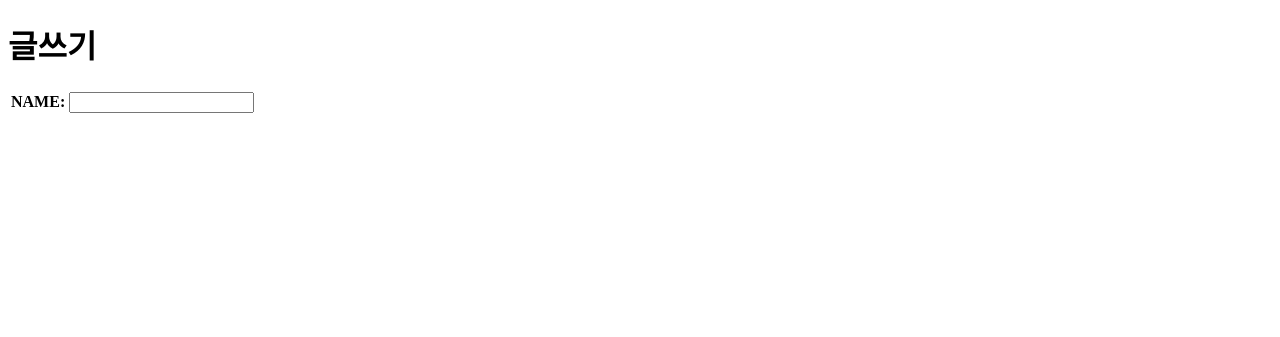
Repository: leedh909/Academy-web-
Page: http://localhost/Jsp01_MyBoard/myinsert.jsp
The author's editor kept a copy of each file at every save. The page is drawn from the files as they stood at one save, then again after the next save.
The browser window is 1280 px wide. The pictures show the whole page.
The page is served by Tomcat 9.

Above is the page before, as saved 2020-06-25 04:49:34.

After the next save:
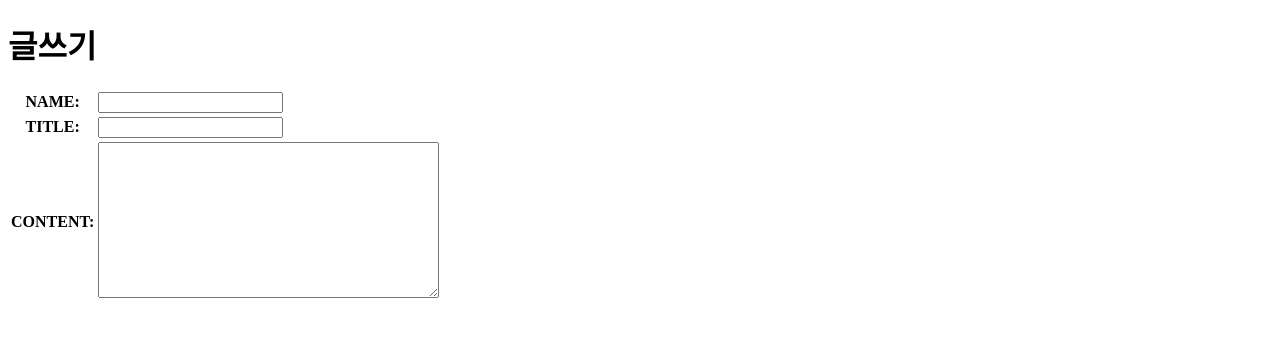
Saved 15 min 41 s later.
--- a/실습자료/eclipse-servlet/Jsp01_MyBoard/WebContent/myinsert.jsp
+++ b/실습자료/eclipse-servlet/Jsp01_MyBoard/WebContent/myinsert.jsp
@@ -19,6 +19,14 @@
 				<td><input type="text" name="myname"></td>
 				<!-- 데이터가 넘어갈때 name을 지정해줘야 같이 넘어갈 수 있다. -->
 			</tr>
+			<tr>
+				<th>TITLE: </th>
+				<td><input type="text" name="mytitle"></td>
+			</tr>
+			<tr>
+				<th>CONTENT: </th>
+				<td><textarea rows="10" cols="40" name="mycontent"></textarea></td>
+			</tr>
 		</table>
 
 	</form>
